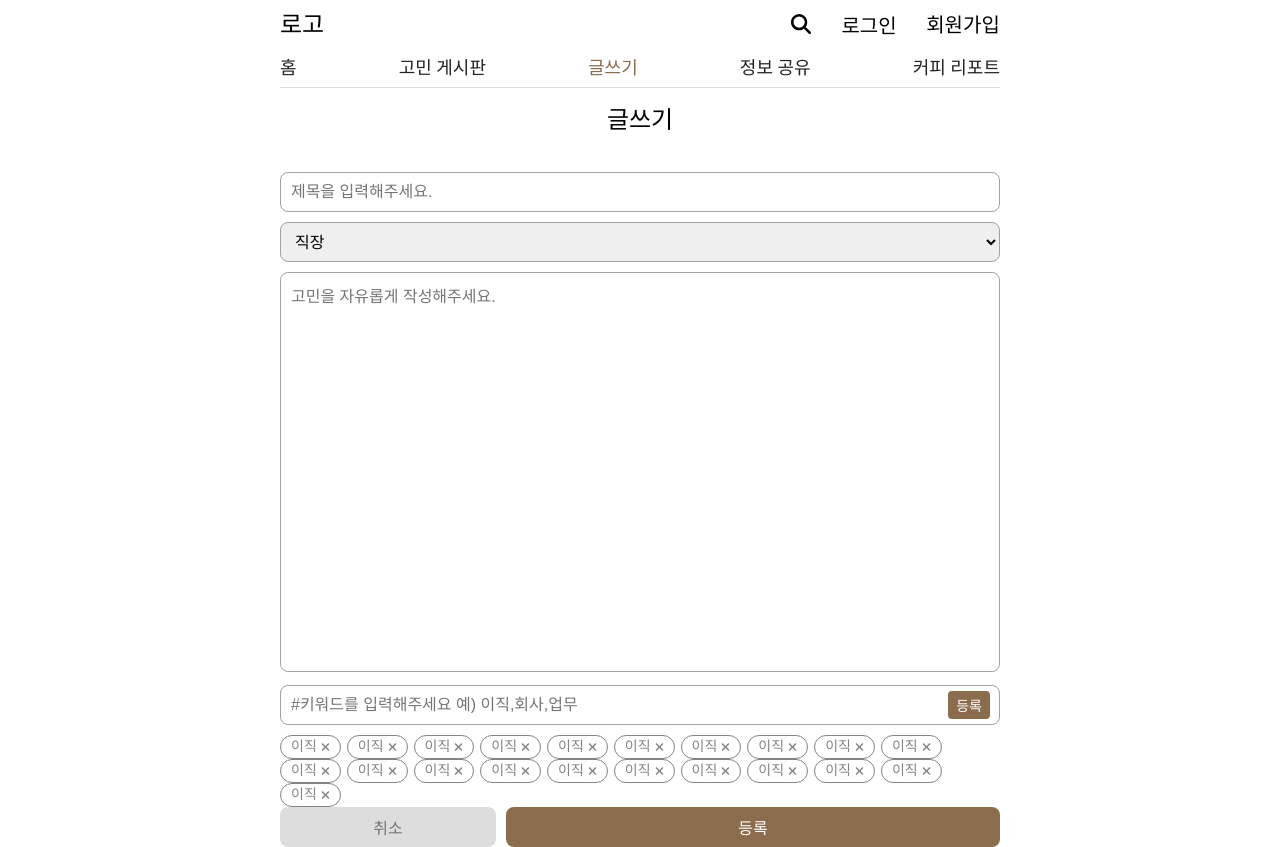
Repository: zlazlazla35/coffee
Page: /writing
These files come from the project's save history. The page is drawn as it stood at one moment and after the next save; the edit follows.
The browser window is 1280 px wide. The pictures show the whole page.
The page's requests for data from a server got no answer. Some web fonts or font styles are not loaded; a fallback is used. The project was rebuilt for these pictures with package versions that can differ from the ones it lists, and the page was loaded fresh each time. The framework's server and built-in components were replaced by stand-ins that run in the browser. No one was signed in, and anything a server would have sent is missing. Also part of the build but not shown: next.config.mjs, src/app/LogOutButton.js.

Above is the page before, as saved 2025-01-08 17:44:20.

After the next save:
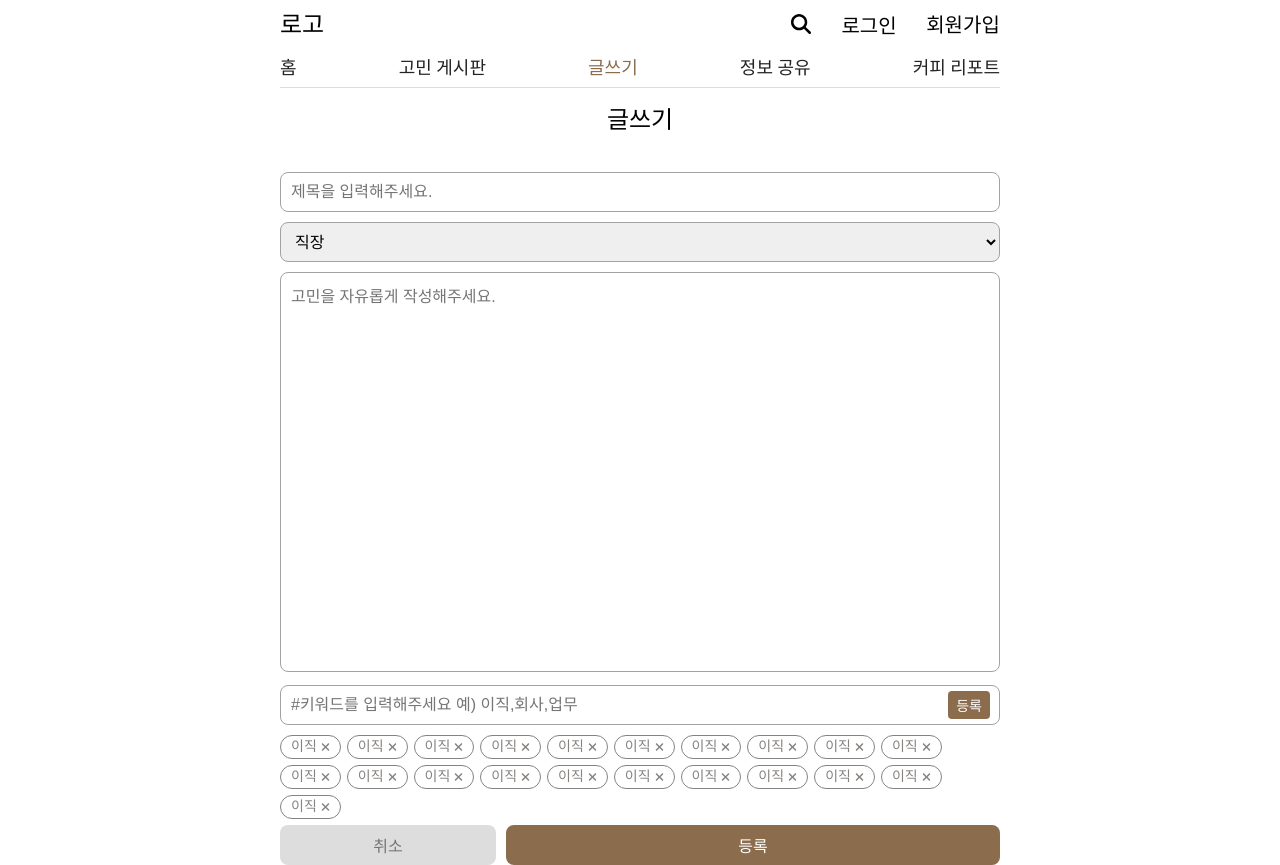
Saved 9 s later.
--- a/src/app/globals.css
+++ b/src/app/globals.css
@@ -123,6 +123,6 @@ select {font-family: 'NanumSquare', sans-serif !important; outline: none !import
 .writing .keyWord_box {position: relative; margin-bottom: 10px;}
 .writing .keyWord_box .keyWord_btn{position: absolute; right: 10px; top: 50%; transform: translateY(-50%); margin: 0; padding: 4px 8px; background: #8b6d4e; color: #fff; font-size: 14px; border: none; border-radius: 4px;}
 .writing .keyWord_tag {width: 100%; float: left; }
-.writing .keyWord_tag li { float: left; display: inline-block; border: 1px solid #868380; color: #868380; box-sizing: border-box; padding: 4px 10px; border-radius: 12px; margin-right: 6px; font-size: 14px;}
+.writing .keyWord_tag li { float: left; display: inline-block; border: 1px solid #868380; color: #868380; box-sizing: border-box; padding: 4px 10px; border-radius: 12px; margin-right: 6px; font-size: 14px; margin-bottom: 6px;}
 .writing .keyWord_tag li:last-child {margin-right: 0;}
 .writing .keyWord_tag li svg {font-size: 12px; margin-left: 4px;}
